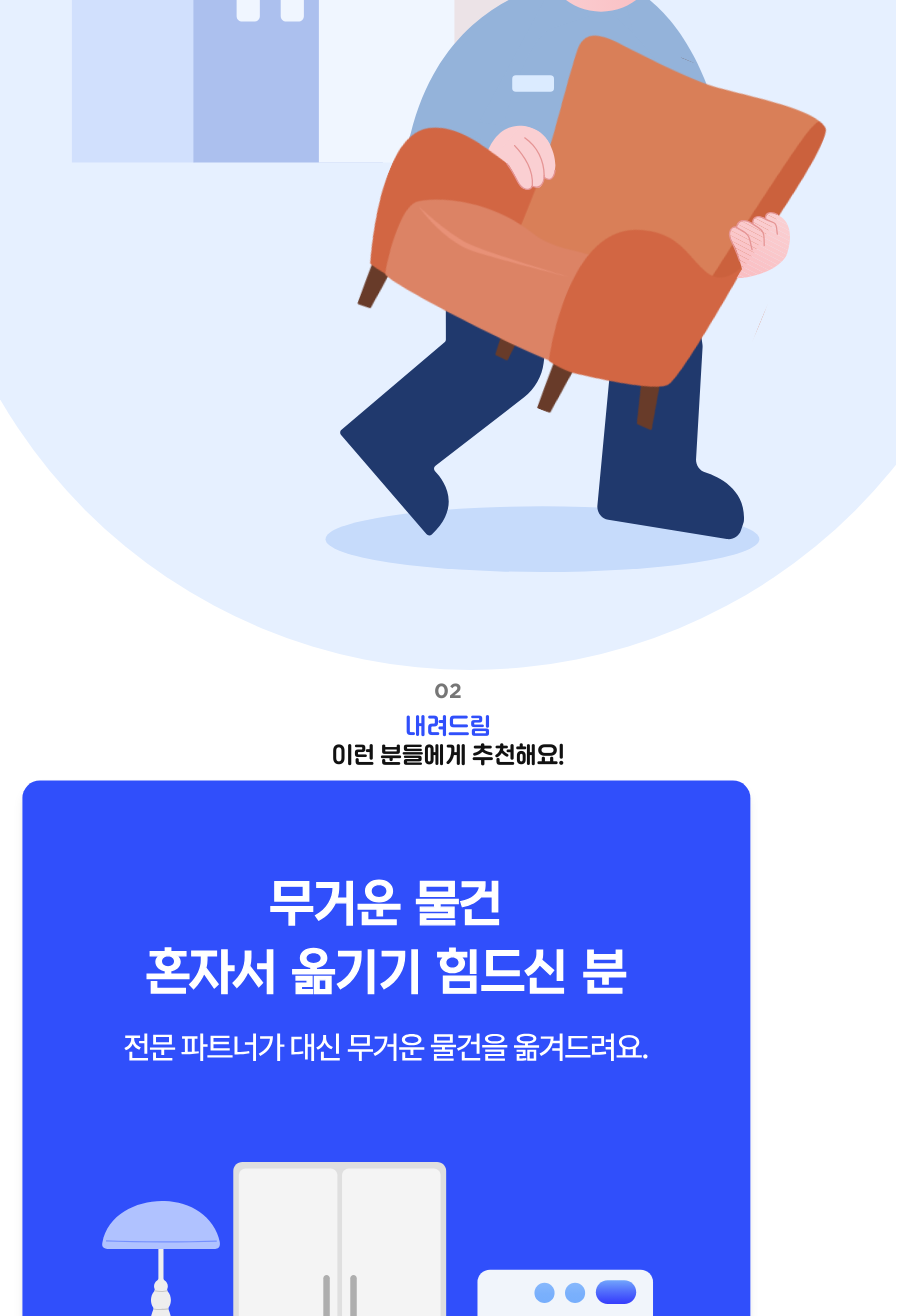
Repository: seraLeeDev/lgthinq-test
Page: index2.html
These files come from the project's save history. The page is drawn as it stood at one moment and after the next save; the edit follows.
The browser window is 1280 px wide. The page is 1320 px wide, so the pictures cover 1320 px, including what lies to the right of the window. The pictures show the part of the page from y = 4620 to 6500 px (the page is 14142 px tall before and 15355 px after), at 70% of full size.
Some web fonts or font styles are not loaded; a fallback is used.

Above is the page before, as saved 2023-03-14 17:42:24.
Console error: ReferenceError: AOS is not defined

### index2.html
<!DOCTYPE html>
<html lang="ko">
  <head>
    <meta charset="UTF-8" />
    <meta http-equiv="X-UA-Compatible" content="IE=edge" />
    <meta name="viewport" content="width=device-width, initial-scale=1.0" />
    <title>빼기 | 새롭게 버리는 공식</title>
    <link as="style" rel="stylesheet" href="/css/reset.css" />
    <link as="style" rel="stylesheet" href="/css/font.css" />
    <link as="style" rel="stylesheet" href="/css/style.css" />
    <link href="https://unpkg.com/aos@2.3.1/dist/aos.css" rel="stylesheet" />
    <link
      rel="stylesheet"
      href="https://cdn.jsdelivr.net/gh/orioncactus/pretendard@v1.3.5/dist/web/static/pretendard-dynamic-subset.css"
    />
    <link
      rel="apple-touch-icon"
      sizes="57x57"
      href="/icons/apple-icon-57x57.png"
    />
    <link
      rel="apple-touch-icon"
      sizes="60x60"
      href="/icons/apple-icon-60x60.png"
    />
    <link
      rel="apple-touch-icon"
      sizes="72x72"
      href="/icons/apple-icon-72x72.png"
    />
    <link
      rel="apple-touch-icon"
      sizes="76x76"
      href="/icons/apple-icon-76x76.png"
    />
    <link
      rel="apple-touch-icon"
      sizes="114x114"
      href="/icons/apple-icon-114x114.png"
    />
    <link
      rel="apple-touch-icon"
      sizes="120x120"
      href="/icons/apple-icon-120x120.png"
    />
    <link
      rel="apple-touch-icon"
      sizes="144x144"
      href="/icons/apple-icon-144x144.png"
    />
    <link
      rel="apple-touch-icon"
      sizes="152x152"
      href="/icons/apple-icon-152x152.png"
    />
    <link
      rel="apple-touch-icon"
      sizes="180x180"
      href="/icons/apple-icon-180x180.png"
    />
    <link
      rel="icon"
      type="image/png"
      sizes="192x192"
      href="/icons/android-icon-192x192.png"
    />
    <link
      rel="icon"
      type="image/png"
      sizes="32x32"
      href="/icons/favicon-32x32.png"
    />
    <link
      rel="icon"
      type="image/png"
      sizes="96x96"
      href="/icons/favicon-96x96.png"
    />
    <link
      rel="icon"
      type="image/png"
      sizes="16x16"
      href="/icons/favicon-16x16.png"
    />
    <script type="text/javascript" src="/js/index.js"></script>
    <script src="https://unpkg.com/aos@2.3.1/dist/aos.js"></script>
  </head>
  <body>
    <div class="wrapper">
      <!-- 메인 -->
      <article class="article-box">
        <div class="box-img-full">
          <img src="./img/[LG ThinQ] main img.gif" alt="내려드림,할인드림" />
        </div>
        <div class="main-notice">
          <p>광명 푸르지오 센트베르에 거주하시는 분들에게만 적용됩니다.</p>
        </div>
      </article>
      <!-- ThinQ & 빼기 설명 -->
      <article></article>
      <!-- 내려드림 소개 -->
      <article>
        <!-- 01. 내려드림 서비스란? -->
        <section>
          <div class="box-content sec1">
            <b class="index text-blue-04-variation">01</b>
            <h2 class="GGothic h2">내려드림 서비스란?</h2>
            <p class="section-desc">
              빼기의 전문 파트너가 고객님의 집에 방문하여<br />
              대형 가전/가구와 같은 물품을<br />
              건물 밖으로 운반해주는 서비스에요.
            </p>
            <small class="section-caption text-blue-03"
              >*수거필증 구매 및 배출신고는 제외</small
            >
          </div>
          <div class="box-img-particle">
            <img
              src="/img/01_bubble.svg"
              alt="빼기 파트너가 옮겨드려요 말풍선"
            />
          </div>
          <div class="box-img-full">
            <img src="/img/01_illust.svg" alt="사람이 물건을 옮기는 일러스트" />
          </div>
        </section>
        <!-- 02. 내려드림 추천 -->
        <section>
          <div class="box-content">
            <b class="index text-gray76">02</b>
            <h2 class="GGothic h2">
              <span class="text-blue-02">내려드림</span><br />
              이런 분들에게 추천해요!
            </h2>
          </div>

          <ul class="img-card-list">
            <li>
              <img src="./img/02_illust_1.svg" alt="무거운 물건 일러스트" />
            </li>
            <li>
              <img src="./img/02_illust_2.svg" alt="저렴한 가격 일러스트" />
            </li>
            <li>
              <img src="./img/02_illust_3.svg" alt="카드 결제 일러스트" />
            </li>
          </ul>
        </section>
        <!-- 03. 가격 설명 -->
        <section class="bg-receipt">
          <div class="box-content">
            <b class="index text-blue-04">03</b>
            <h2 class="GGothic h2">
              타 업체보다 <br /><span class="text-blue-etc text-highlight"
                >평균 40% 저렴</span
              >해요!
            </h2>
            <p class="section-desc">
              타 업체 견적가 데이터 기준으로<br />
              비교한 금액이에요.
            </p>
          </div>
          <ul class="img-card-list">
            <li>
              <img src="./img/03_illust_1.svg" alt="2인용 소파 가격 그래프" />
            </li>
            <li>
              <img src="./img/03_illust_2.svg" alt="2단 서랍장 가격 그래프" />
            </li>
          </ul>
        </section>
        <!-- 04. 내려드림 신청 방법 -->
        <section class="bg-blue02">
          <div class="box-content">
            <b class="index text-blue-04">04</b>
            <h2 class="GGothic h2 text-white">내려드림 신청 방법</h2>

            <div>
              <span class="box-chip GGothic text-white bg-orange02 font-normal"
                >신청 전 확인하기</span
              >
              <p class="text-white section-desc sec4">
                <span class="text-yellow"
                  >이벤트 페이지에서 앱으로 설치·이동 후 <br />회원가입</span
                >을 해주세요
              </p>
            </div>
            <div class="bg-indigo box-caution">
              <small class="text-indigo text-caution"
                >이벤트 페이지를 통하지 않으면 할인 혜택을 받기 어려워요.<br />
                꼭! 이벤트 페이지를 통해 빼기 앱을 설치해주세요.</small
              >
            </div>
            <div>
              <span class="box-chip GGothic text-white bg-lightblue Gotham"
                >STEP 01</span
              >
              <p class="text-white section-desc sec4">
                메인 - 대형폐기물 탭 - 대신 버려주세요
              </p>
            </div>

            <div>
              <span class="box-chip GGothic text-white bg-lightblue Gotham"
                >STEP 02</span
              >
              <p class="text-white section-desc sec4">
                물품 정보 입력 후 신청페이지에서<br />
                배출물품을 내려놓을 장소를 입력해주세요.
              </p>
            </div>
            <div>
              <span class="box-chip GGothic text-white bg-lightblue Gotham"
                >STEP 03</span
              >
              <p class="text-white section-desc sec4">
                파트너님이 방문해서<br />
                지정하신 장소에 물품을 내려드려요.
              </p>
            </div>
            <div>
              <span class="box-chip GGothic text-white bg-lightblue Gotham"
                >STEP 04</span
              >
              <p class="text-white section-desc sec4">
                작업 완료 후 고객님이<br />
                수거필증을 구매해주셔야해요.
              </p>
            </div>
            <div>
              <span class="box-chip GGothic text-white bg-lightblue Gotham"
                >STEP 05</span
              >
              <p class="text-white section-desc sec4">
                수거필증 결제 후 제공되는 빼기 번호를<br />
                배출 물품에 떨어지지 않도록 부착해주세요.
              </p>
            </div>
          </div>
        </section>
      </article>
      <!-- 05 : 자주묻는 질문-->
      <article class="bg-black">
        <section>
          <div class="box-content">
            <b class="index text-blue-02">05</b>
            <h2 class="GGothic h2 text-white">자주 묻는 질문</h2>
            <p class="section-desc text-grayb9">
              내려드림과 관련한<br />
              자주 묻는 질문을 정리해뒀어요.
            </p>
          </div>

          <ul class="faq-list">
            <li>
              <div class="faq-head">
                <h5 class="font-bold text-question">Q. 내려드림이 뭐에요?</h5>
                <i class="btn-faq-toggle">
                  <img src="/img/icon_plus_24_black.svg" alt="플러스 버튼" />
                </i>
              </div>
              <p class="text-answer font-normal">
                내려드림이란 빼기의 전문 파트너가 고객님의 집에 방문하여 대형
                가전/가구와 같은 물품을 건물 밖으로 운반해주는 서비스입니다.
              </p>
            </li>
            <li>
              <div class="faq-head">
                <h5 class="font-bold text-question">
                  Q. 수거 필증을 왜 구매해야 하나요?
                </h5>
                <i class="btn-faq-toggle">
                  <img src="/img/icon_plus_24_black.svg" alt="플러스 버튼" />
                </i>
              </div>
              <p class="text-answer font-normal">
                지자체에서 발급되는 수거필증을 구매해야만 내려드림으로 신청하신
                물품이 수거가 됩니다.
              </p>
            </li>
            <li>
              <div class="faq-head">
                <h5 class="font-bold text-question">
                  Q. ThinQ 회원 5% 할인은 어떻게 받나요?
                </h5>
                <i class="btn-faq-toggle">
                  <img src="/img/icon_plus_24_black.svg" alt="플러스 버튼" />
                </i>
              </div>
              <p class="text-answer font-normal">
                이벤트 페이지 내 버튼을 통하여 빼기 앱 설치 후 광명 푸르지오
                센트베르 거주자에 한하여 할인 혜택이 적용됩니다.
              </p>
            </li>
            <li>
              <div class="faq-head">
                <h5 class="font-bold text-question">
                  Q. 일정 변경이 가능한가요?
                </h5>
                <i class="btn-faq-toggle">
                  <img src="/img/icon_plus_24_black.svg" alt="플러스 버튼" />
                </i>
              </div>
              <p class="text-answer font-normal">
                파트너 매칭 전에는 일정 변경이 언제든 가능하며, 파트너 매칭 후
                일정 변경을 희망하실 경우, 매칭 된 빼기 파트너와 직접 일정을
                협의하셔야 합니다.
              </p>
            </li>
            <li>
              <div class="faq-head">
                <h5 class="font-bold text-question">Q. 그 외 질문</h5>
                <i class="btn-faq-toggle">
                  <img src="/img/icon_plus_24_black.svg" alt="플러스 버튼" />
                </i>
              </div>
              <div>
                <p class="text-answer font-normal">
                  빼기 FAQ 페이지에서 더 많은 질문을 확인할 수 있습니다.
                </p>
                <a class="btn-faq-link">다른 질문 확인하기</a>
              </div>
            </li>
          </ul>
        </section>
        <footer>
          <div class="box-img-full">
            <img src="/img/banner.svg" alt="내려드림 이동 배너" />
          </div>
          <div class="footer-logo">
            <p class="text-white">새롭게 버리는 공식</p>
            <img src="/img/bbegi_app_logo.svg" alt="빼기 로고" />
          </div>
        </footer>
      </article>
      <!-- 플로팅 버튼 -->
      <div class="box-float">
        <button class="btn-float font-bold">빼기 바로가기</button>
      </div>
    </div>
  </body>
</html>

### css/font.css
@charset "UTF-8";

@font-face {
  font-family: "Pretendard";
  src: url("https://cdn.jsdelivr.net/gh/orioncactus/pretendard@v1.3.5/dist/web/static/pretendard-dynamic-subset.css");
}

@font-face {
  font-family: "HGSoftGGothicssi";
  font-style: normal;
  font-weight: 100;
  src: url(/font/HGSoftGGothicssi-00g.woff2) format("woff2"),
    url(/font/HGSoftGGothicssi-00g.woff) format("woff"),
    url(/font/HGSoftGGothicssi-00g.otf) format("opentype");
}

@font-face {
  font-family: "HGSoftGGothicssi";
  font-style: normal;
  font-weight: 200;
  src: url(/font/HGSoftGGothicssi-20g.woff2) format("woff2"),
    url(/font/HGSoftGGothicssi-20g.woff) format("woff"),
    url(/font/HGSoftGGothicssi-20g.otf) format("opentype");
}

@font-face {
  font-family: "HGSoftGGothicssi";
  font-style: normal;
  font-weight: 400;
  src: url(/font/HGSoftGGothicssi-40g.woff2) format("woff2"),
    url(/font/HGSoftGGothicssi-40g.woff) format("woff"),
    url(/font/HGSoftGGothicssi-40g.otf) format("opentype");
}

@font-face {
  font-family: "HGSoftGGothicssi";
  font-style: normal;
  font-weight: 600;
  src: url(/font/HGSoftGGothicssi-60g.woff2) format("woff2"),
    url(/font/HGSoftGGothicssi-60g.woff) format("woff"),
    url(/font/HGSoftGGothicssi-60g.otf) format("opentype");
}

@font-face {
  font-family: "HGSoftGGothicssi";
  font-style: normal;
  font-weight: 800;
  src: url(/font/HGSoftGGothicssi-80g.woff2) format("woff2"),
    url(/font/HGSoftGGothicssi-80g.woff) format("woff"),
    url(/font/HGSoftGGothicssi-80g.otf) format("opentype");
}

@font-face {
  font-family: "HGSoftGGothicssi";
  font-style: normal;
  font-weight: 900;
  src: url(/font/HGSoftGGothicssi-90g.woff2) format("woff2"),
    url(/font/HGSoftGGothicssi-90g.woff) format("woff"),
    url(/font/HGSoftGGothicssi-90g.otf) format("opentype");
}

@font-face {
  font-family: "Gotham";
  font-style: normal;
  font-weight: 700;
  src: url(/font/Gotham-Bold.woff2) format("woff2"),
    url(/font/Gotham-Bold.woff) format("woff"),
    url(/font/Gotham-Bold.otf) format("opentype");
}

### css/style.css
@charset "UTF-8";
/*
*
* TYPOGRAPHY
*
*/
html,
body,
.wrapper {
  font-family: "Pretendard", sans-serif !important;
  font-size: 10px; /*1rem: 10px*/
}
.GGothic {
  font-family: "HGSoftGGothicssi", sans-serif !important;
}
.Gotham {
  font-family: "Gotham", sans-serif !important;
}
.font-normal {
  font-weight: 400 !important;
}
.font-semiBold {
  font-weight: 600 !important;
}
.font-bold {
  font-weight: 800 !important;
}
.font-extraBold {
  font-weight: 900 !important;
}
.index {
  font-family: "Gotham", sans-serif !important;
  font-size: 6rem;
}
.h2 {
  margin-bottom: 12px;
  text-align: center;
  font-size: 7rem !important;
  line-height: 0.6;
  color: #111;
}
.section-desc {
  font-size: 1.8rem;
  line-height: 1.3;
  color: #6a6a6a;
  letter-spacing: -0.5px;
}
.section-caption {
  display: inline-block;
  margin-top: 22px;
  font-size: 13px;
}
.text-gray-01 {
  color: #111111 !important;
}
.text-blue-02 {
  color: #304ffb !important;
}
.text-blue-03 {
  color: #5980f9 !important;
}
.text-blue-04 {
  color: #8fb5ff !important;
}
.text-blue-04-variation {
  color: #98c1ff !important;
}
.text-blue-etc {
  color: #2285fa !important;
}
.text-indigo {
  color: #9aa9ff !important;
}
.text-white {
  color: #fff;
}
.text-grayb9 {
  color: #b9b9b9 !important;
}
.text-gray76 {
  color: #767676 !important;
}
.text-yellow {
  color: #ffed8f !important;
}
.index {
  margin-bottom: 15px;
}
.text-caution {
  font-size: 1.2rem;
  line-height: 1.2;
}
.text-question {
  font-size: 1.8rem;
}
.text-answer {
  width: 90%;
  margin-top: 20px;
  font-size: 1.6rem;
  line-height: 1.2;
}
.text-answer::before {
  content: "•";
  padding-right: 5px;
}
/*
*
* COMMON
*
*/

.box-img-full {
  width: 100%;
}
.box-img-full img {
  width: 100%;
  vertical-align: bottom;
}
.box-content {
  width: 100%;
  text-align: center;
}
.box-content .sec1 {
  padding: 90px 54px 0;
}
/* article 1 style */
.main-notice {
  width: 100%;
  padding: 10px 0;
  background: #0e1222;
}
.main-notice p {
  width: 100%;
  text-align: center;
  font-size: 1.2rem;
  color: #fff;
}
.box-chip {
  padding: 0.5rem 1.5rem;
  font-size: 2.8rem;
  font-weight: 700;
  border-radius: 50px;
  color: white;
  text-align: center;
  letter-spacing: 0;
}
.box-caution {
  padding: 40px;
}
.box-float {
  position: fixed;
  bottom: 135px;
  display: flex;
  justify-content: center;
  align-items: center;
  width: 100%;
  height: 75px;
}
.bg-orange02 {
  background-color: #f78752 !important;
}
.bg-lightblue {
  background-color: #7d9aff !important;
}
.bg-blue02 {
  background-color: #304ffb !important;
}
.bg-indigo {
  background-color: #192250 !important;
}
.bg-black {
  background-color: #262626 !important;
}
.img-card-list {
  width: 100%;
  padding: 0 20px;
}
/* article 2 style */
/* article 3 style */
.text-highlight {
  padding: 0 5px;
  background: url(/img/marker_line.svg) no-repeat 50% 120%;
  background-size: 100%;
}
/* article 4 style */
.section-desc .sec4 {
  letter-spacing: -0.3px;
  font-weight: 400;
}
/* article 5 style */
.faq-list {
  padding: 0 24px;
  color: #b9b9b9;
}
.faq-list li {
  padding: 30px 0;
  border-bottom: 1px solid #666666;
}
.faq-list li:last-child {
  border-bottom: none;
}
.faq-head {
  display: flex;
  justify-content: space-between;
  align-items: center;
  width: 100%;
}
/* footer */
.footer-logo {
  display: flex;
  flex-direction: column;
  justify-content: center;
  align-items: center;
  padding: 70px 0;
}
.footer-logo p {
  font-size: 1.8rem;
  margin-bottom: 10px;
}
.footer-logo img {
  width: 100px;
}
/*
*
*BUTTON
*
*/
.btn-faq-toggle {
  display: flex;
  justify-content: center;
  align-items: center;
  width: 40px;
  height: 40px;
}
.btn-faq-toggle img {
  display: block;
  width: 18px;
  height: 18px;
}
.btn-faq-link {
  display: inline-block;
  padding: 10px 15px;
  margin-top: 18px;
  border: 1px solid #b9b9b9;
  font-size: 1.6rem;
  border-radius: 50px;
}
.btn-float {
  width: 80%;
  height: 100%;
  margin: 0 auto;
  font-size: 2.4rem;
  color: white;
  background: #1331d9;
  border-radius: 50px;
  border: none;
  outline: none;
  box-shadow: 0px 10px 20px -5px rgba(0, 0, 0, 0.2);
}

Loaded but not shown: css/reset.css (common file); js/index.js (common file)

After the next save:
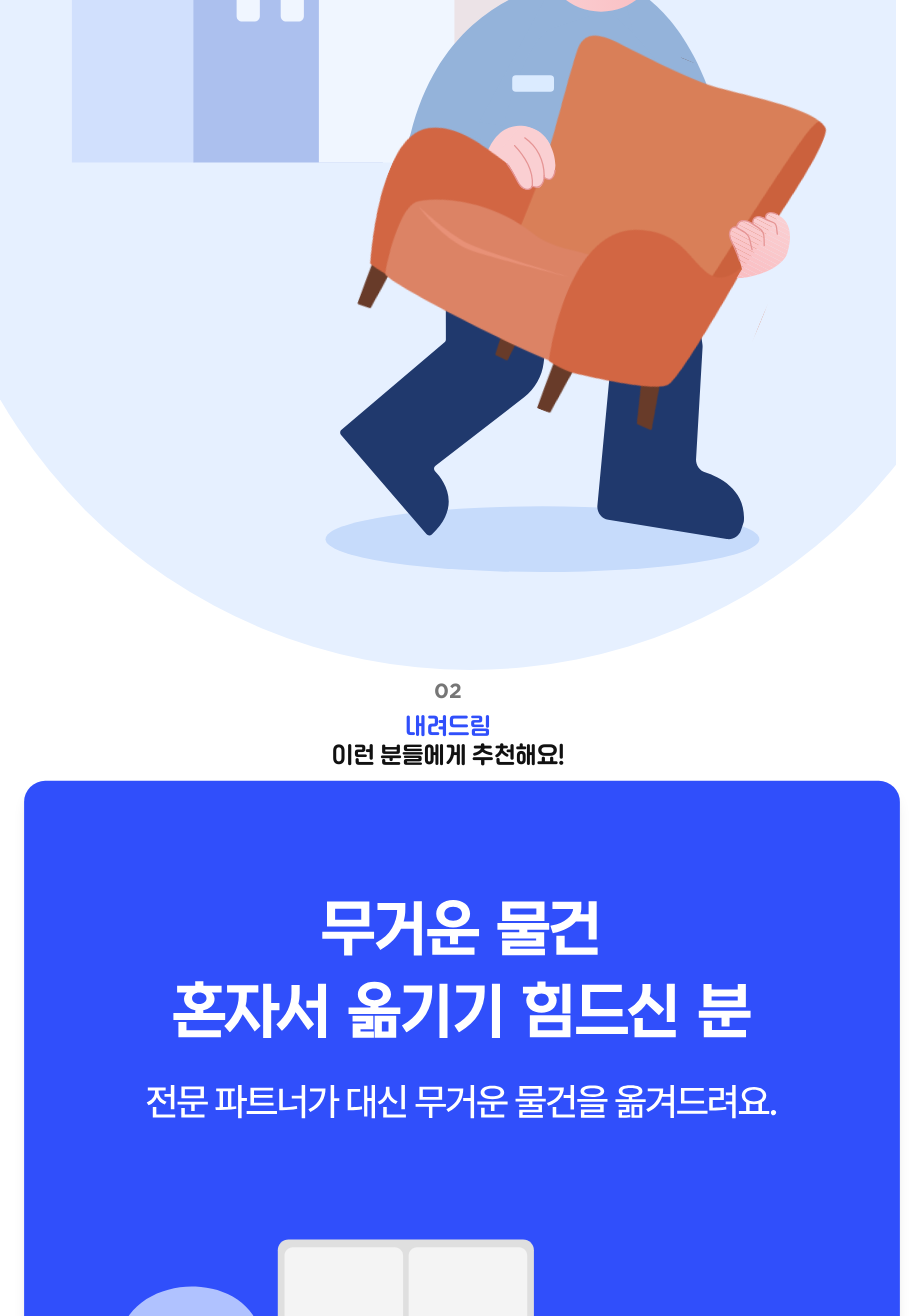
Saved 12 s later.
--- a/css/style.css
+++ b/css/style.css
@@ -174,6 +174,9 @@ body,
 .img-card-list {
   width: 100%;
   padding: 0 20px;
+}
+.img-card-list li img {
+  width: 100%;
 }
 /* article 2 style */
 /* article 3 style */
